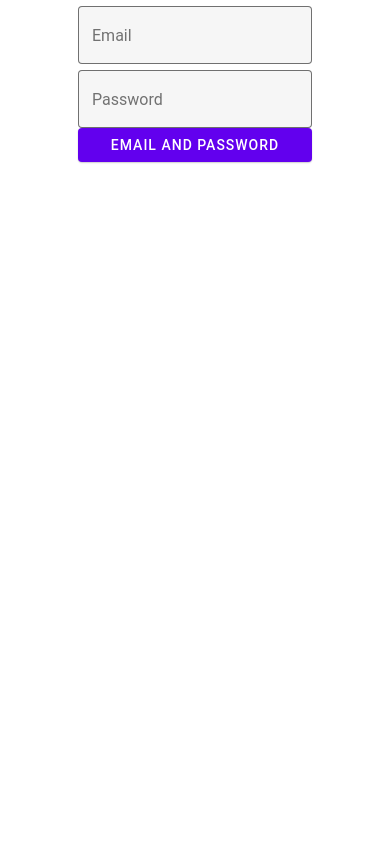
Repository: pascalgrim/GymTracker
Screen: /
These files come from the project's save history. The screen is drawn as it stood at one moment and after the next save; the edit follows.
The app was drawn by React Native's web renderer in a window 390 px wide. The project was rebuilt for these pictures with package versions that can differ from the ones it lists, and the page was loaded fresh each time. Also part of the build but not shown: components/menuCard.js, components/Dashboard.js, firebase.js, context/AuthContext.js.

Above is the screen before, as saved 2021-11-04 22:17:43.

After the next save:
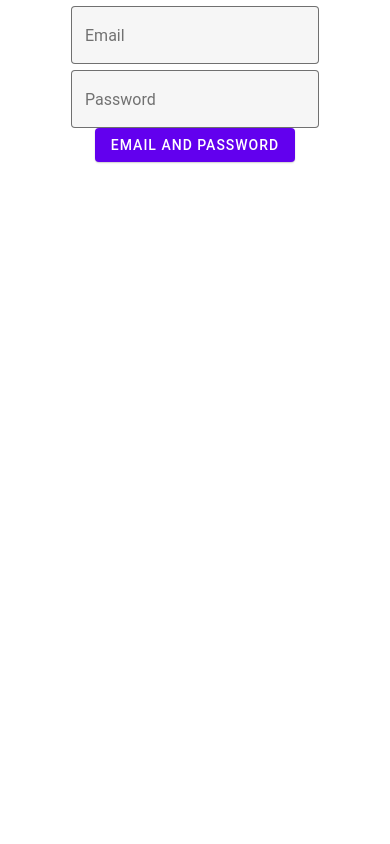
Saved 13 s later.
--- a/components/Signup.js
+++ b/components/Signup.js
@@ -37,7 +37,7 @@
 
     }
     return (
-        <View style={{paddingLeft:"20%",paddingRight:"20%",justifyContent:"center"}}>
+        <View style={{paddingLeft:"20%",paddingRight:"20%",alignItems:"center"}}>
   <TextInput
       label="Email"
       mode="outlined"

After the 4 saves that followed:
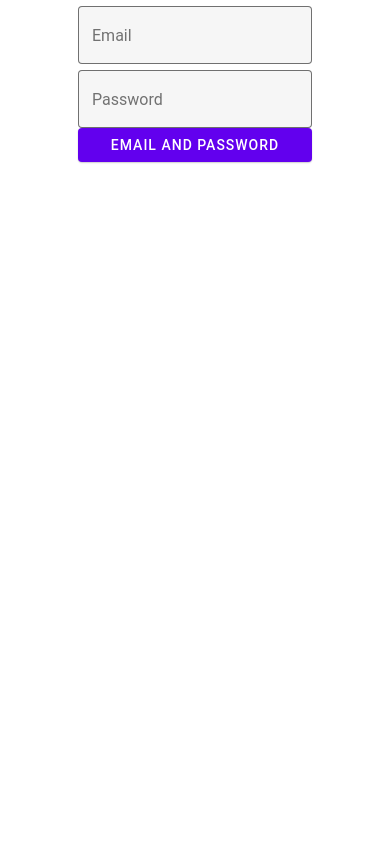
The 4 saves are shown as one change because 3 left the picture as it was.
The last was saved 67 s later.
--- a/components/Signup.js
+++ b/components/Signup.js
@@ -37,7 +37,7 @@
 
     }
     return (
-        <View style={{paddingLeft:"20%",paddingRight:"20%",alignItems:"center"}}>
+        <View style={{paddingLeft:"20%",paddingRight:"20%"}}>
   <TextInput
       label="Email"
       mode="outlined"
